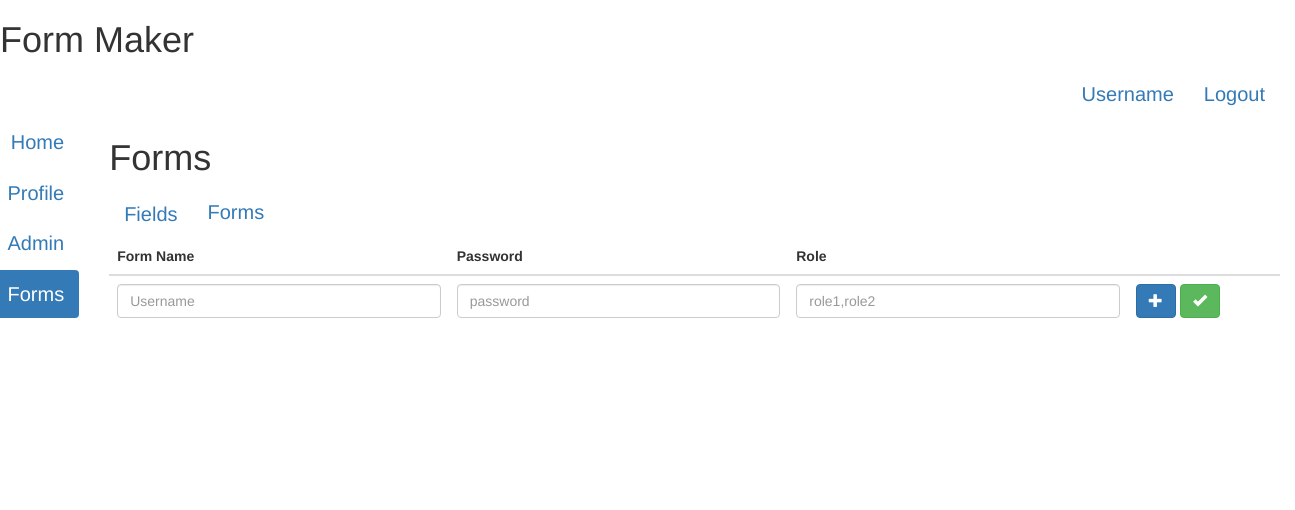
Repository: dishant8/Web-development
Page: public/WebDevWorkspace/Assignment1/WebContent/Css/Bootstrap/forms.html
An editor plug-in stored every save of this project. The page is shown before and after the next save, followed by the edit.
The browser window is 1280 px wide. The page is 1295 px wide, so the pictures cover 1295 px, including what lies to the right of the window. The pictures show the whole page.

Above is the page before, as saved 2015-10-01 02:02:51.

### public/WebDevWorkspace/Assignment1/WebContent/Css/Bootstrap/forms.html
<!DOCTYPE html>
<html>
<head>
<meta charset="ISO-8859-1">
<title>Form Maker</title>
<!--   <link href="Css/bootstrap.min.css" rel="stylesheet" />-->
<link href="app/vendor/bootstrap/dist/css/bootstrap.min.css"
	rel="stylesheet" />

<link rel="stylesheet" href="style.css" />


</head>
<body>
	<div>
		<header id="form">
			<h1>Form Maker</h1>
			<ul class="nav nav-pills">
				<li id="logout" role="presentation"><a href="login.html">Logout</a></li>
				<li id="username" role="presentation"><a href="profile.html">Username</a></li>
			</ul>
		</header>

	</div>

	<div class="row">

		<div class="col-xs-1">

			<ul class="nav nav-pills nav-stacked">
				<li role="presentation"><a href="home.html">Home</a></li>
				<li role="presentation"><a href="profile.html">Profile</a></li>
				<li role="presentation"><a href="admin.html">Admin</a></li>
				<li role="presentation" class="active"><a href="forms.html">Forms</a></li>
			</ul>
		</div>

		<div class="col-xs-11">
			<h1>Forms</h1>
			<ul id="tab" class="nav nav-pills nav-stacked">
				<li role="presentation"><a href="formds.html">Forms</a></li>
				<li role="presentation"><a href="form-fields.html">Fields</a></li>
			</ul>
			<table class="table table-striped">
				<thead>
					<tr>
						<th>Form Name</th>
						<th>Password</th>
						<th>Role</th>
						<th>&nbsp;</th>
					</tr>
					<tr>
						<td><input class="form-control" type="text" name="Username"
							placeholder="Username" /></td>
						<td><input class="form-control" type="text" name="password"
							placeholder="password" /></td>
						<td><input class="form-control" type="text" name="role"
							placeholder="role1,role2"></td>
						<td><a href="#" class="btn btn-primary"> <scan
									class="glyphicon glyphicon-plus"></scan>
						</a> <a href="#" class="btn btn-success"> <scan
									class="glyphicon glyphicon-ok"></scan>
						</a></td>
					</tr>
				</thead>



		</div>
	</div>
</body>
</html>

### public/WebDevWorkspace/Assignment1/WebContent/Css/Bootstrap/style.css
body{
margin="10px";
padding="10px";

}

.col-md-1{
	border-right: black solid medium;
	border-top: black solid medium;
	border-bottom: black solid medium;
	border-left: black solid medium;
	font-size :15px;
}

#form{
		font-size: 20px;
	}


.contain{
		border-bottom: black solid medium;
	border-top: black solid medium;
	border-right: black solid medium;
	border-left: black solid medium;
	margin-top: 30 px;
	margin-bottom: 30 px;
	margin-left: 30 px;
	margin-right: 30 px;

}

#navigate{
	float= right;
	font-size: 20px;
}

.nav-pills>li{
	float: right;
	font-size: 20px;
}

#tab{
	float: left;
	font-size: 20px;
}

Loaded but not shown: public/WebDevWorkspace/Assignment1/WebContent/Css/Bootstrap/app/vendor/bootstrap/dist/css/bootstrap.min.css (library)

After the next save:
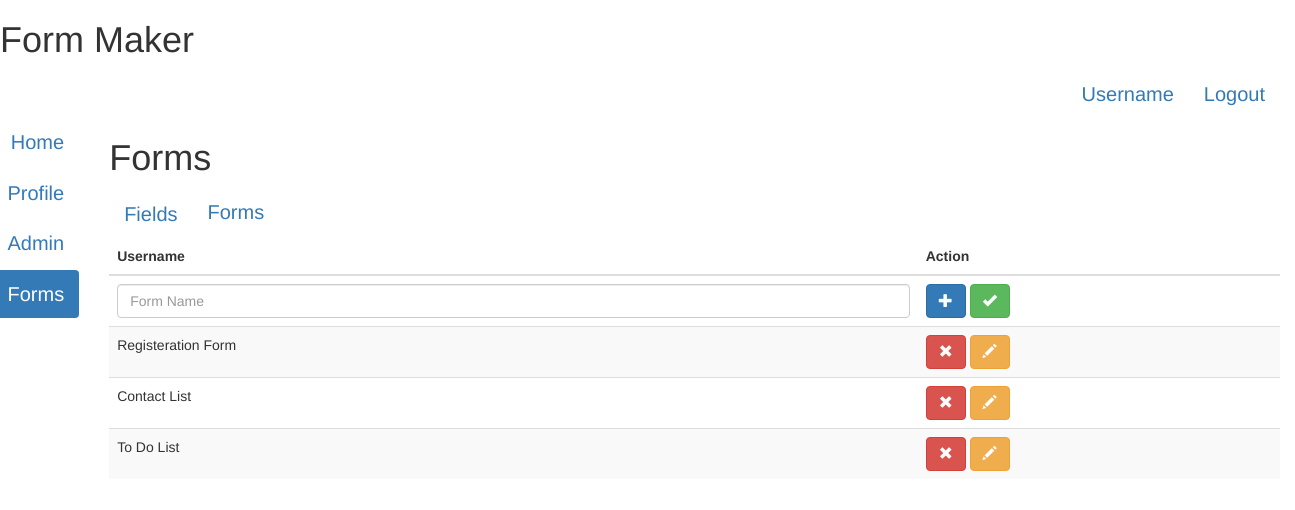
Saved 2 min 29 s later.
--- a/public/WebDevWorkspace/Assignment1/WebContent/Css/Bootstrap/forms.html
+++ b/public/WebDevWorkspace/Assignment1/WebContent/Css/Bootstrap/forms.html
@@ -44,18 +44,12 @@
 			<table class="table table-striped">
 				<thead>
 					<tr>
-						<th>Form Name</th>
-						<th>Password</th>
-						<th>Role</th>
-						<th>&nbsp;</th>
+						<th>Username</th>
+						<th>Action</th>
 					</tr>
 					<tr>
-						<td><input class="form-control" type="text" name="Username"
-							placeholder="Username" /></td>
-						<td><input class="form-control" type="text" name="password"
-							placeholder="password" /></td>
-						<td><input class="form-control" type="text" name="role"
-							placeholder="role1,role2"></td>
+						<td><input class="form-control" type="text" name="Form Name"
+							placeholder="Form Name" /></td>
 						<td><a href="#" class="btn btn-primary"> <scan
 									class="glyphicon glyphicon-plus"></scan>
 						</a> <a href="#" class="btn btn-success"> <scan
@@ -63,6 +57,34 @@
 						</a></td>
 					</tr>
 				</thead>
+				<tbody>
+					<tr>
+						<td>Registeration Form</td>
+						<td><a href="#" class="btn btn-danger"> <scan
+									class="glyphicon glyphicon-remove"></scan>
+						</a> <a href="#" class="btn btn-warning"> <scan
+									class="glyphicon glyphicon-pencil"></scan>
+						</a></td>
+					</tr>
+					<tr>
+						<td>Contact List</td>
+						<td><a href="#" class="btn btn-danger"> <scan
+									class="glyphicon glyphicon-remove"></scan>
+						</a> <a href="#" class="btn btn-warning"> <scan
+									class="glyphicon glyphicon-pencil"></scan>
+						</a></td>
+					</tr>
+					<tr>
+						<td>To Do List</td>
+						<td><a href="#" class="btn btn-danger"> <scan
+									class="glyphicon glyphicon-remove"></scan>
+						</a> <a href="#" class="btn btn-warning"> <scan
+									class="glyphicon glyphicon-pencil"></scan>
+						</a></td>
+					</tr>
+
+				</tbody>
+			</table>
 
 
 
